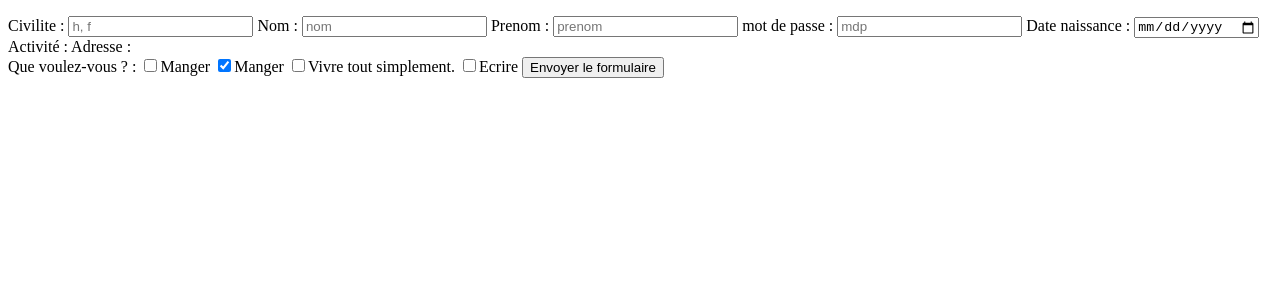
Repository: Douzal/AFCEPF_Architecte_Logiciel
Page: Workspace_Alexis/PremierWebv2/src/main/webapp/Form.html
The author's editor kept a copy of each file at every save. The page is drawn from the files as they stood at one save, then again after the next save.
The browser window is 1280 px wide. The pictures show the whole page.

Above is the page before, as saved 2018-03-14 14:12:28.

After the next save:
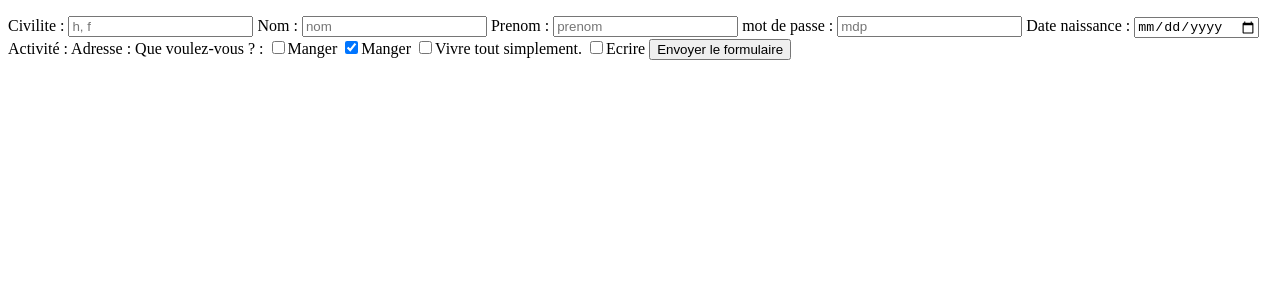
Saved 12 s later.
--- a/Workspace_Alexis/PremierWebv2/src/main/webapp/Form.html
+++ b/Workspace_Alexis/PremierWebv2/src/main/webapp/Form.html
@@ -15,7 +15,7 @@
 	<label for="dob">Date naissance : </label><input id="dob" name=""mdp"" type="date" placeholder="Naissance"></input>
 	<label>Activité : </label>
 	<label>Adresse : </label>
-	<br />
+<!-- 	<br /> -->
 
 	<label>Que voulez-vous ? :</label>
 	<input type="checkbox" name="manger" id="manger"/><label for="manger">Manger</label>
